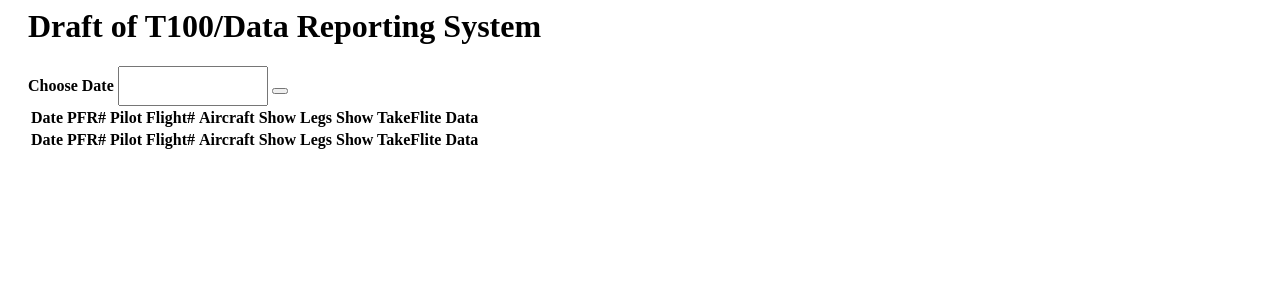
Repository: smirciat/newArt
Page: client/app/main/main.html
The author's editor kept a record of every edit. The page is drawn from the files as they stood at one moment, then again after the next edit.
The browser window is 1280 px wide. The pictures show the whole page.

Above is the page before.

### client/app/main/main.html
<div style="padding-left:20px;padding-right:20px;">
  <h1>Draft of T100/Data Reporting System</h1>
  <span style="display:inline-block">
    <strong>Choose Date</strong>
    <div style="padding-left:0px;padding-top:0px;display:inline-block" class="input-group">
      <input style="height:40px;width:150px;" type="text" ng-model="main.dateStringFormatted" ng-blur="main.upDate('string')">
      <span class="input-group-btn">
        <button type="button" class="btn btn-default" ng-click="main.isDatepickerOpen = !main.isDatepickerOpen">
          <i class="glyphicon glyphicon-calendar"></i>
        </button>
      </span>
      <input style="display:none" type="text" class="form-control" uib-datepicker-popup="EEEE MMM d, yyyy" ng-model="main.date" ng-change="main.upDate()"
         is-open="main.isDatepickerOpen" datepicker-options="main.datepickerOptions" ng-required="true" close-text="Close"
         alt-input-formats="altInputFormats"/>
    </div>
  </span>
  <div>
    <table class="table table-responsive table-striped">
      <thead>
        <th>Date</th>
        <th>PFR#</th>
        <th>Pilot</th>
        <th>Flight#</th>
        <th>Aircraft</th>
        <th>Show Legs</th>
        <th>Show TakeFlite Data</th>
      </thead>
      <tbody>
        <tr>
          <th>Date</th>
          <th>PFR#</th>
          <th>Pilot</th>
          <th>Flight#</th>
          <th>Aircraft</th>
          <th>Show Legs</th>
          <th>Show TakeFlite Data</th>
        </tr>
      </tbody>
    </table>
  </div>
</div>

After the next edit:
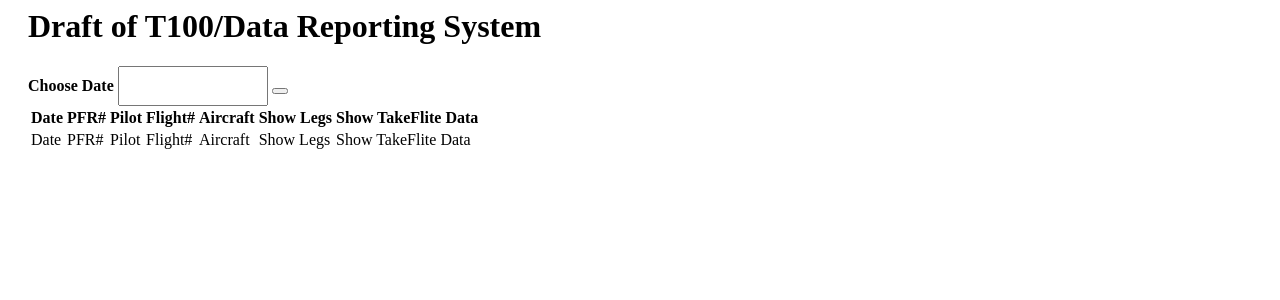
The edit:
--- a/client/app/main/main.html
+++ b/client/app/main/main.html
@@ -27,13 +27,13 @@
       </thead>
       <tbody>
         <tr>
-          <th>Date</th>
-          <th>PFR#</th>
-          <th>Pilot</th>
-          <th>Flight#</th>
-          <th>Aircraft</th>
-          <th>Show Legs</th>
-          <th>Show TakeFlite Data</th>
+          <td>Date</td>
+          <td>PFR#</td>
+          <td>Pilot</td>
+          <td>Flight#</td>
+          <td>Aircraft</td>
+          <td>Show Legs</td>
+          <td>Show TakeFlite Data</td>
         </tr>
       </tbody>
     </table>
